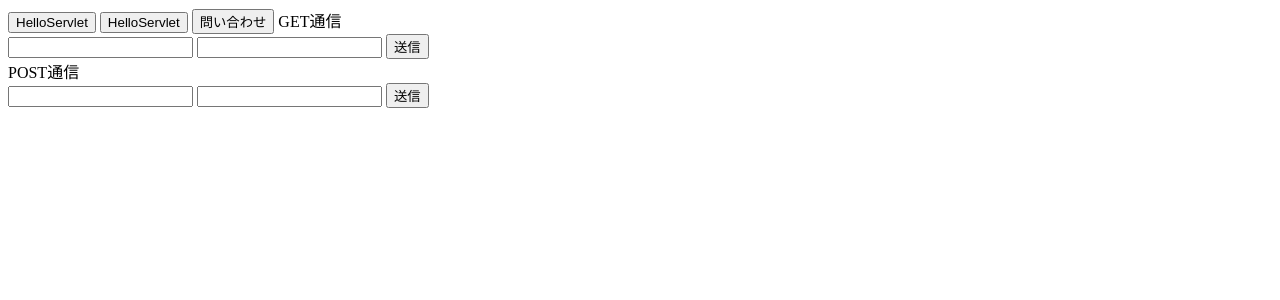
Repository: 0606kuramotomiho/test
Page: http://localhost/HelloServlet/
These files come from the project's save history. The page is drawn as it stood at one moment and after the next save; the edit follows.
The browser window is 1280 px wide. The pictures show the whole page.
The page is served by Tomcat 9.

Above is the page before, as saved 2018-07-03 06:52:43.

After the next save:
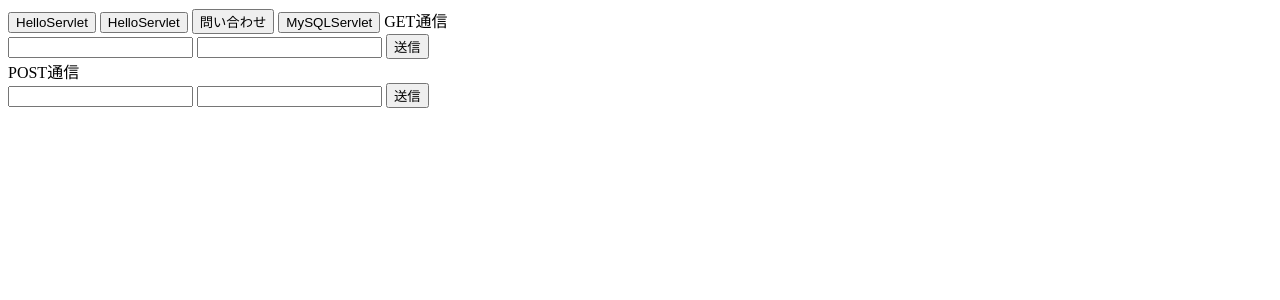
Saved 68 min 19 s later.
--- a/HelloServlet/WebContent/index.jsp
+++ b/HelloServlet/WebContent/index.jsp
@@ -10,6 +10,7 @@
 <input type="button" value="HelloServlet" onClick="lacation.href='HelloServlet'">
 <input type="button" value="HelloServlet" onClick="location.href='HelloServlet'">
 <input type="button" value="問い合わせ" onClick="location.href='inquiry.jsp'">
+<input type="button" value="MySQLServlet" onClick="location.href='MySQLServlet'">
 GET通信
 <form method="get" action="TestServlet">
 <input type="text" name="username">
